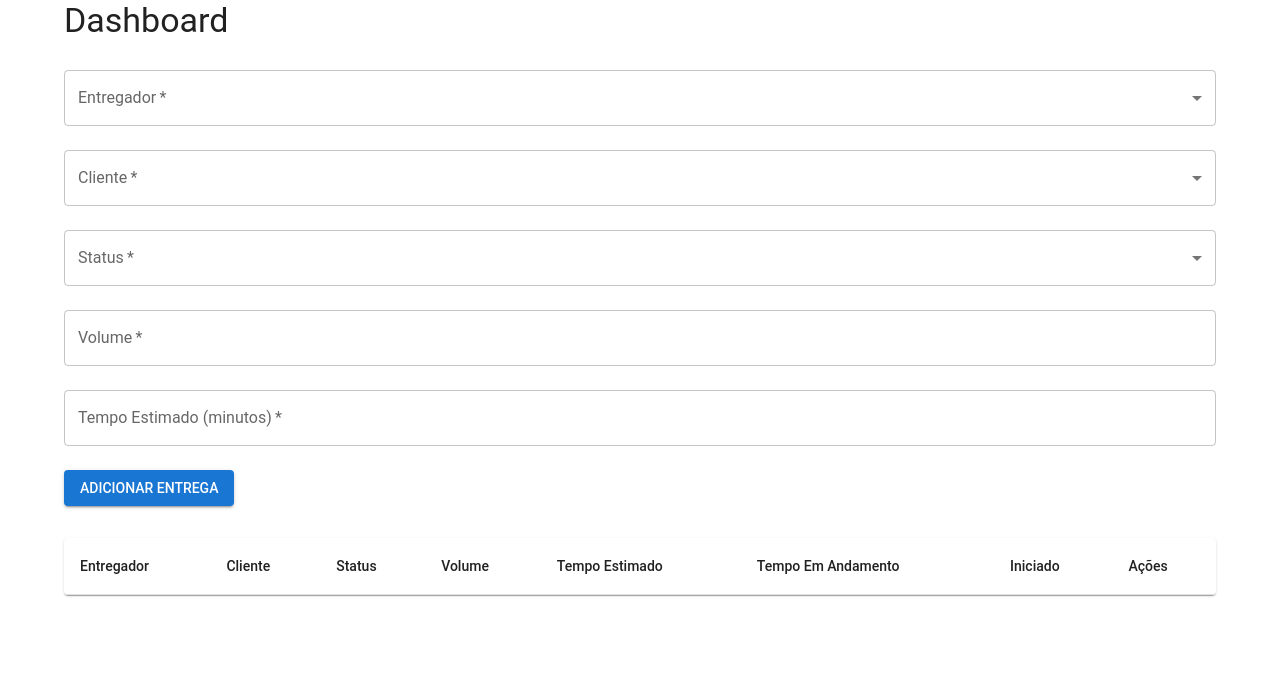
Repository: feliperanon/mobilegestao
Page: /dashboard (app in frontend/)
These files come from the project's save history. The page is drawn as it stood at one moment and after the next save; the edit follows.
The browser window is 1280 px wide. The pictures show the whole page.
The page's requests for data from a server got no answer. The project was rebuilt for these pictures with package versions that can differ from the ones it lists, and the page was loaded fresh each time. No one was signed in, and anything a server would have sent is missing. Also part of the build but not shown: frontend/webpack.config.js, frontend/src/pages/Home.js, frontend/src/pages/History.js, frontend/src/pages/Analysis.js, frontend/src/components/Login.js, frontend/src/components/Register.js, frontend/src/components/AddEntregador.js, frontend/src/components/AddCliente.js and 1 more.

Above is the page before, as saved 2024-07-14 20:50:56.

After the next save:
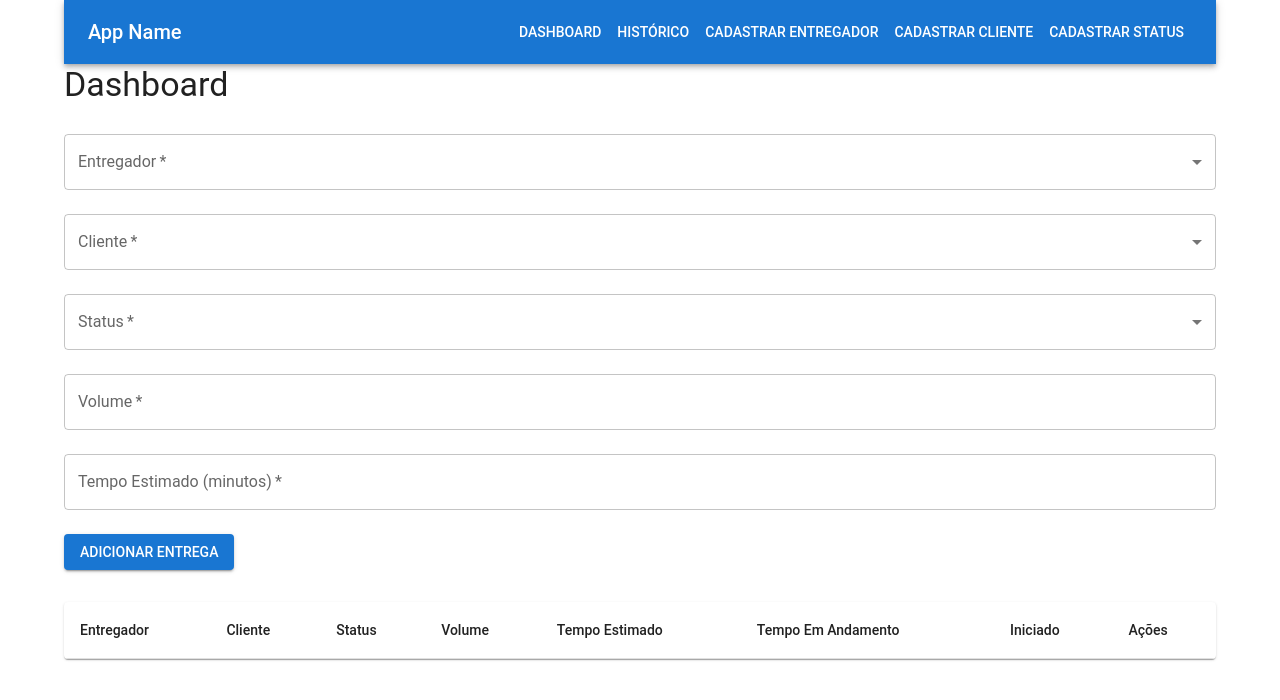
Saved 4 min 23 s later.
--- a/frontend/src/components/Dashboard.js
+++ b/frontend/src/components/Dashboard.js
@@ -1,3 +1,5 @@
+// frontend/src/components/Dashboard.js
+
 import React, { useEffect, useState } from 'react';
 import axios from 'axios';
 import {
@@ -24,6 +26,7 @@ import {
 import EditIcon from '@mui/icons-material/Edit';
 import DeleteIcon from '@mui/icons-material/Delete';
 import DoneIcon from '@mui/icons-material/Done';
+import Navigation from './Navigation';
 
 const Dashboard = () => {
   const [deliveries, setDeliveries] = useState([]);
@@ -139,6 +142,7 @@ const Dashboard = () => {
 
   return (
     <Container>
+      <Navigation />
       <Typography variant="h4" component="h1" gutterBottom>
         Dashboard
       </Typography>
